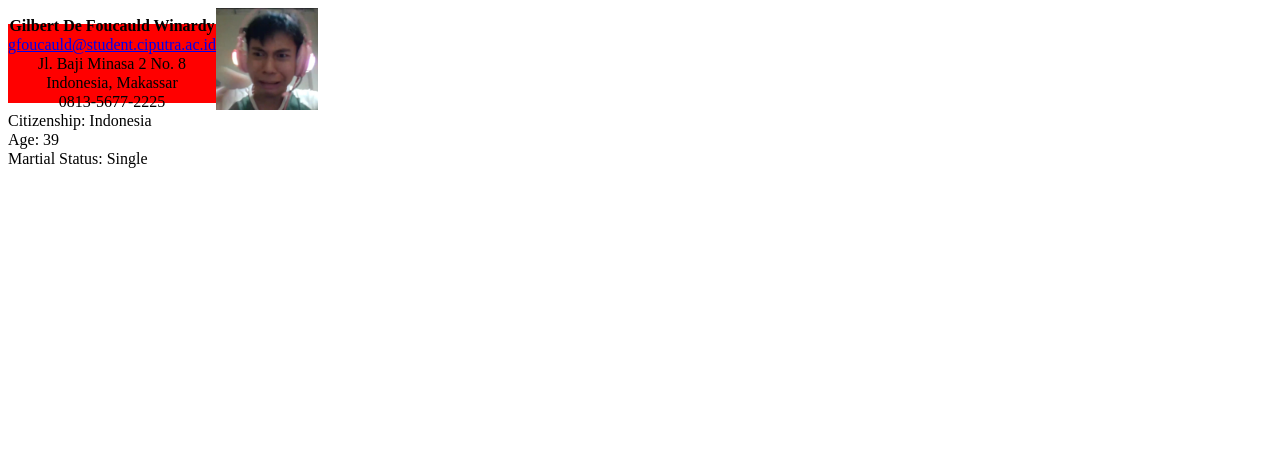
Repository: Gibekkk/WebPro
Page: Tugas Lab 1/index.html
An editor plug-in stored every save of this project. The page is shown before and after the next save, followed by the edit.
The browser window is 1280 px wide. The pictures show the whole page.

Above is the page before, as saved 2024-03-25 13:03:21.

After the next save:
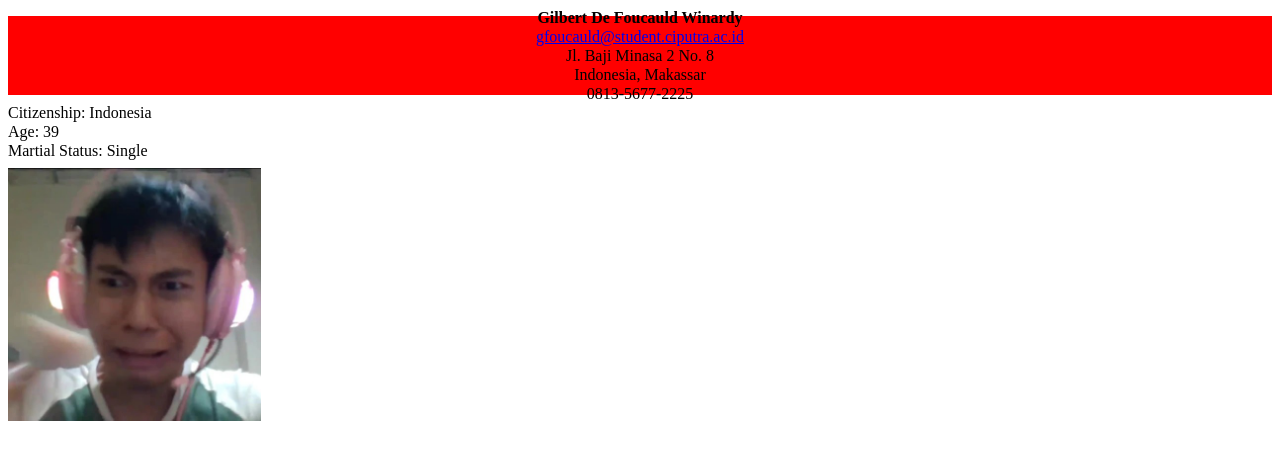
Saved 7 s later.
--- a/Tugas Lab 1/style.css
+++ b/Tugas Lab 1/style.css
@@ -9,6 +9,6 @@
     line-height: 3px;
 }
 header{
-    display: flex;
+    display: inlineflex;
     width: 100%;
 }

After the 4 saves that followed:
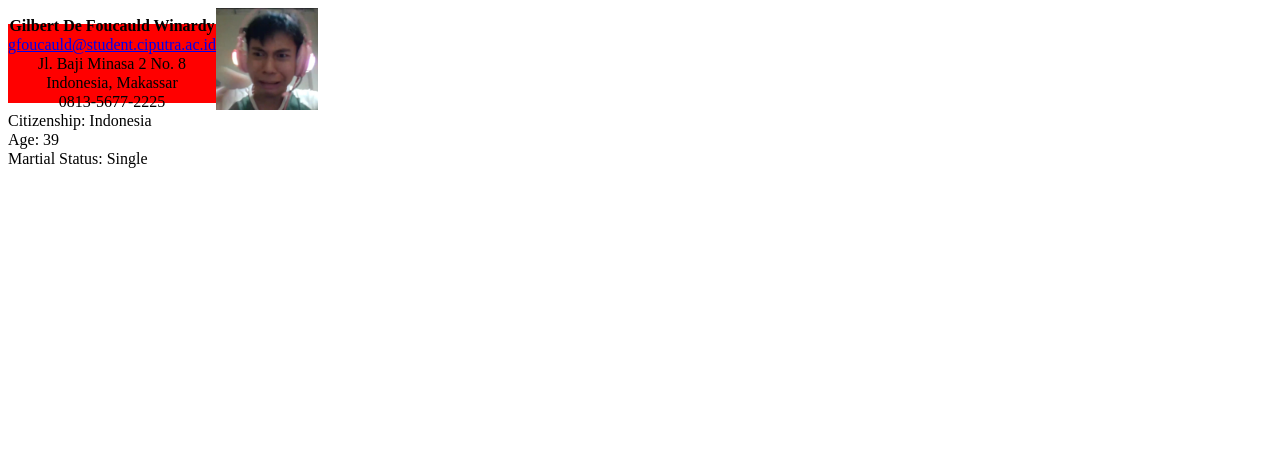
The 4 saves are shown as one change because 1 left the picture as it was and some came seconds apart.
The last was saved 13 s later.
--- a/Tugas Lab 1/style.css
+++ b/Tugas Lab 1/style.css
@@ -9,6 +9,6 @@
     line-height: 3px;
 }
 header{
-    display: inlineflex;
+    display: flex;
     width: 100%;
 }
